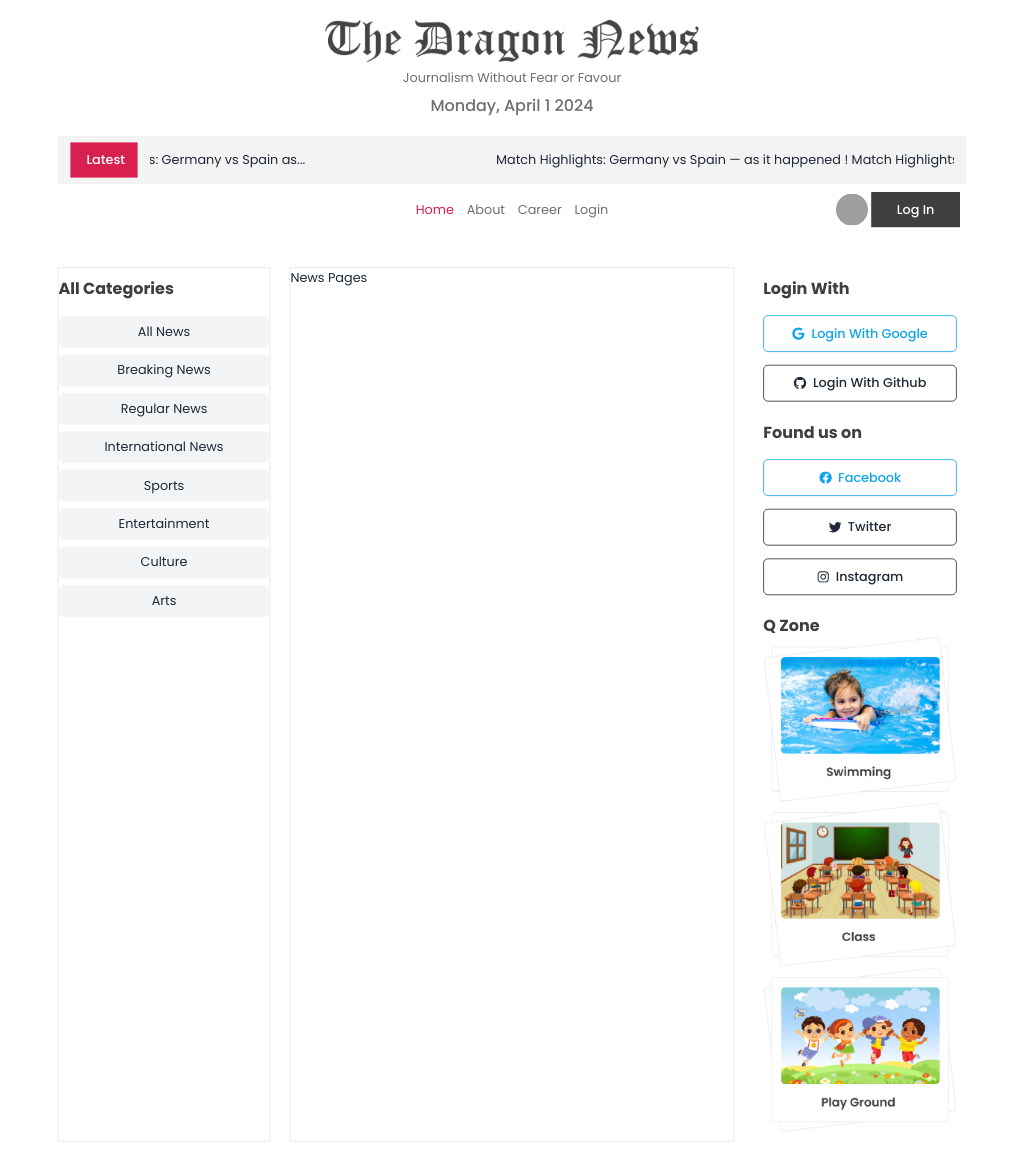
Repository: ShouravAhammed/react-dragon-news-auth
Page: /
The author's editor kept a copy of each file at every save. The page is drawn from the files as they stood at one save, then again after the next save.
The browser window is 1280 px wide. The pictures show the whole page, at 80% of full size.
Pictures or frames that could not be fetched are drawn as grey boxes. The project was rebuilt for these pictures with package versions that can differ from the ones it lists, and the page was loaded fresh each time. Also part of the build but not shown: vite.config.js, src/pages/About/About.jsx, src/pages/Career/Career.jsx, src/pages/Login/Login.jsx, src/pages/Register/Register.jsx.

Above is the page before, as saved 2024-04-14 16:40:18.

After the next save:
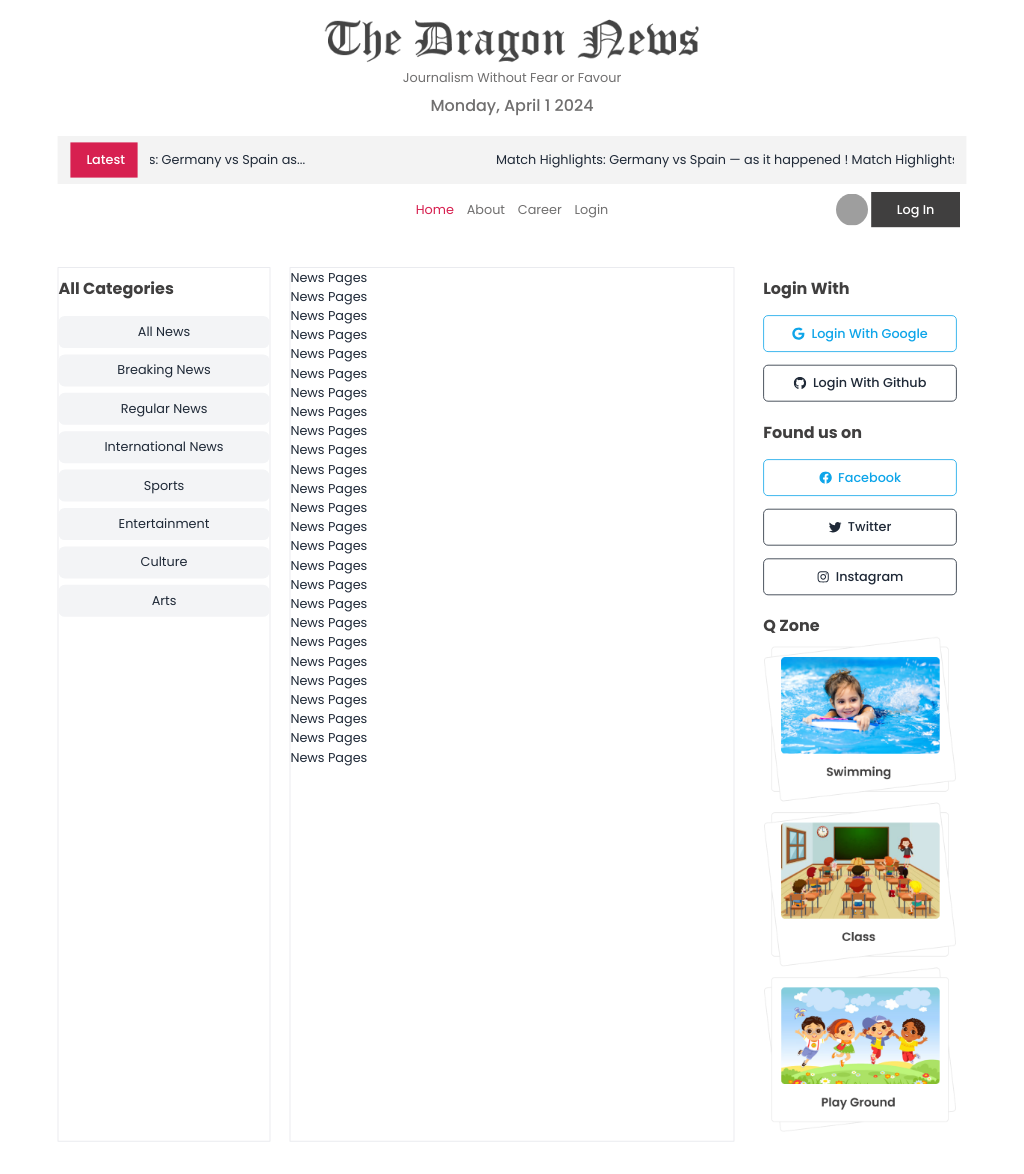
Saved 2 min 19 s later.
--- a/src/pages/Home/Home.jsx
+++ b/src/pages/Home/Home.jsx
@@ -20,7 +20,9 @@ const Home = () => {
                     <LeftSideNav></LeftSideNav>
                 </div>
                 <div className="col-span-2 border">
-                    <News></News>
+                    {
+                        news.map(newDetail => <News key={newDetail.id} newDetail={newDetail}></News>)
+                    }
                 </div>
                 <div className="col-span-1">
                     <RightSideNav></RightSideNav>
